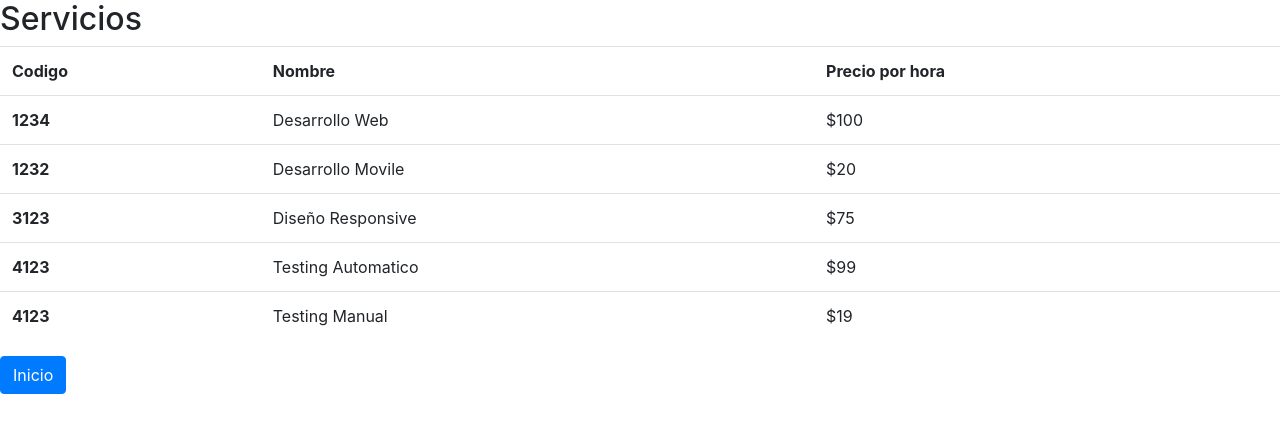
Repository: Alemartinez97/New-Repository
Page: programacion-3/tp4/servicios/servicio.html
These files come from the project's save history. The page is drawn as it stood at one moment and after the next save; the edit follows.
The browser window is 1280 px wide. The pictures show the whole page.

Above is the page before, as saved 2020-06-11 16:00:35.

### programacion-3/tp4/servicios/servicio.html
<!DOCTYPE html>
<html lang="en">
<head>
    <meta charset="UTF-8">
    <meta name="viewport" content="width=device-width, initial-scale=1.0">
    <title>Bienvenido</title>
    <link rel="stylesheet" href="https://stackpath.bootstrapcdn.com/bootstrap/4.5.0/css/bootstrap.min.css" integrity="sha384-9aIt2nRpC12Uk9gS9baDl411NQApFmC26EwAOH8WgZl5MYYxFfc+NcPb1dKGj7Sk" crossorigin="anonymous">
</head>
<body>
    <table class="table">
        <h2>Servicios</h2>
        <tbody>
          <tr>
            <th>Codigo</th>
            <th>Nombre</th>
            <th>Precio por hora</th>
          </tr>
          <tr>
            <th>1234</th>
            <td>Desarrollo Web</td>
            <td>$100</td>
          </tr>
          <tr>
            <th>1232</th>
            <td>Desarrollo Movile</td>
            <td>$20</td>
          </tr>
          <tr>
            <th>3123</th>
            <td>Diseño Responsive</td>
            <td>$75</td>
          </tr>
          <tr>
            <th>4123</th>
            <td>Testing Automatico</td>
            <td>$99</td>
          </tr>
          <tr>
            <th>4123</th>
            <td>Testing Manual</td>
            <td>$19</td>
          </tr>
        </tbody>
      </table>
      <a href="../index.html" class="btn btn-primary">Inicio</a>
</body>
</html>

After the next save:
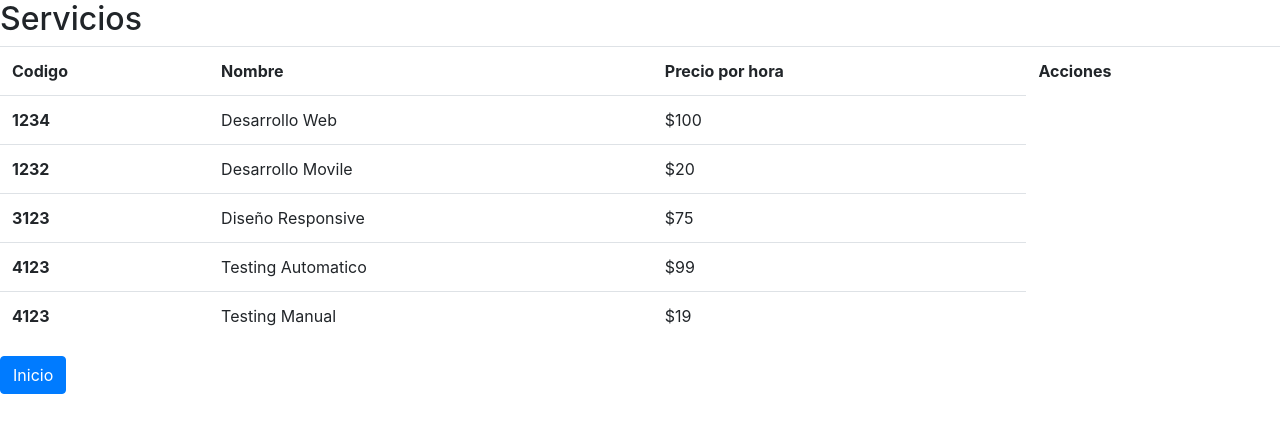
Saved 28 s later.
--- a/programacion-3/tp4/servicios/servicio.html
+++ b/programacion-3/tp4/servicios/servicio.html
@@ -14,6 +14,7 @@
             <th>Codigo</th>
             <th>Nombre</th>
             <th>Precio por hora</th>
+            <th>Acciones</th>
           </tr>
           <tr>
             <th>1234</th>
